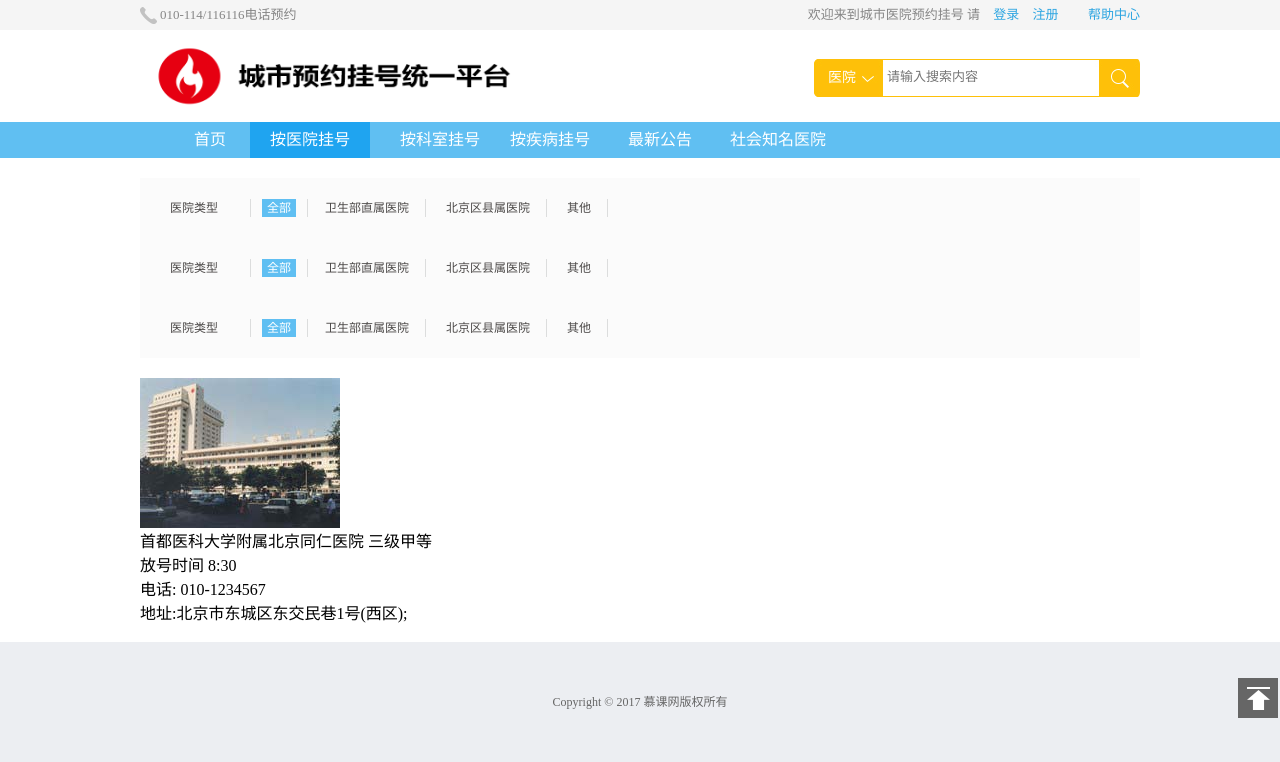
Repository: ScarApocalypse/study
Page: 挂号平台/hosptial.html
The author's editor kept a copy of each file at every save. The page is drawn from the files as they stood at one save, then again after the next save.
The browser window is 1280 px wide. The pictures show the whole page.

Above is the page before, as saved 2019-01-21 16:08:06.

After the next save:
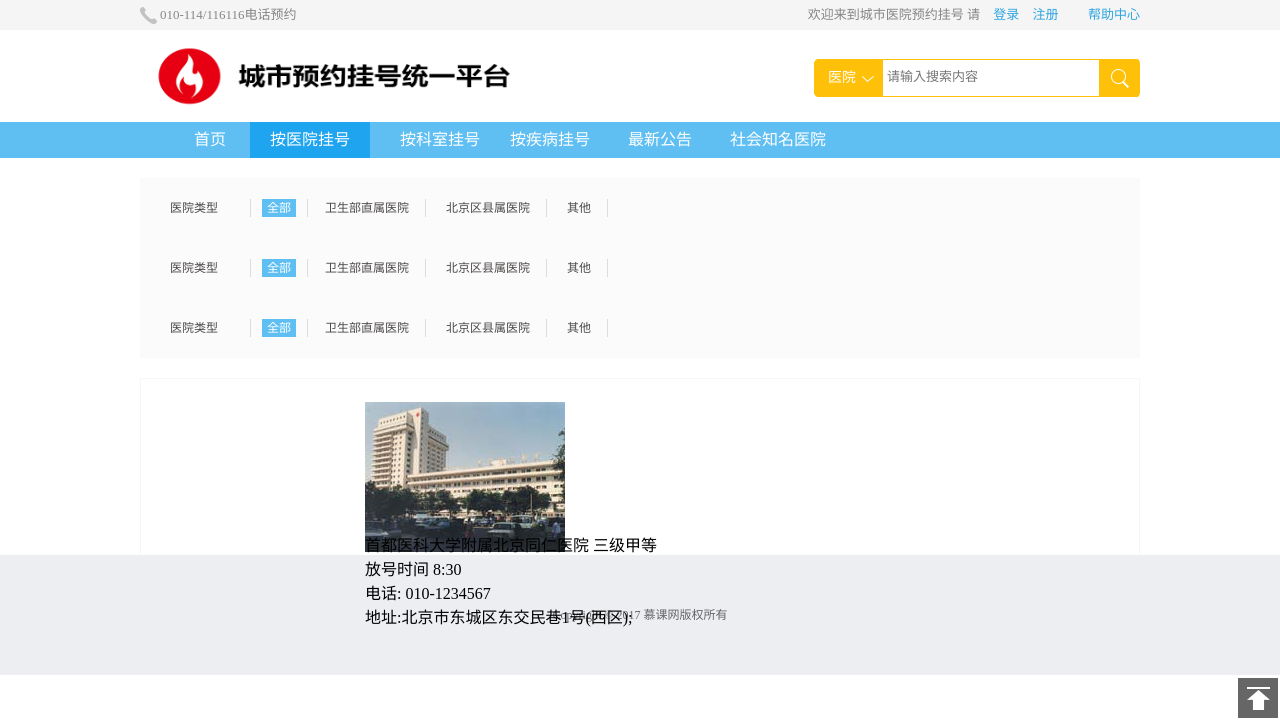
Saved 110 s later.
--- a/挂号平台/css/hosptial.css
+++ b/挂号平台/css/hosptial.css
@@ -1,3 +1,4 @@
+/* 筛选区域 */
 .filter{
     min-height: 100px;
     background-color: #fbfbfb;
@@ -48,3 +49,15 @@
     color:#fff;
     background-color:#60bff2;
 }
+/* 医院列表 */
+.datalist .item{
+    height: 130px;
+    padding:23px 0 23px 224px;
+    border:1px solid #f4f6fa;
+    border-bottom:none;
+    position: relative;
+}
+.datalist .item .cover{
+    width: 180px;
+    height: 130px;
+}
